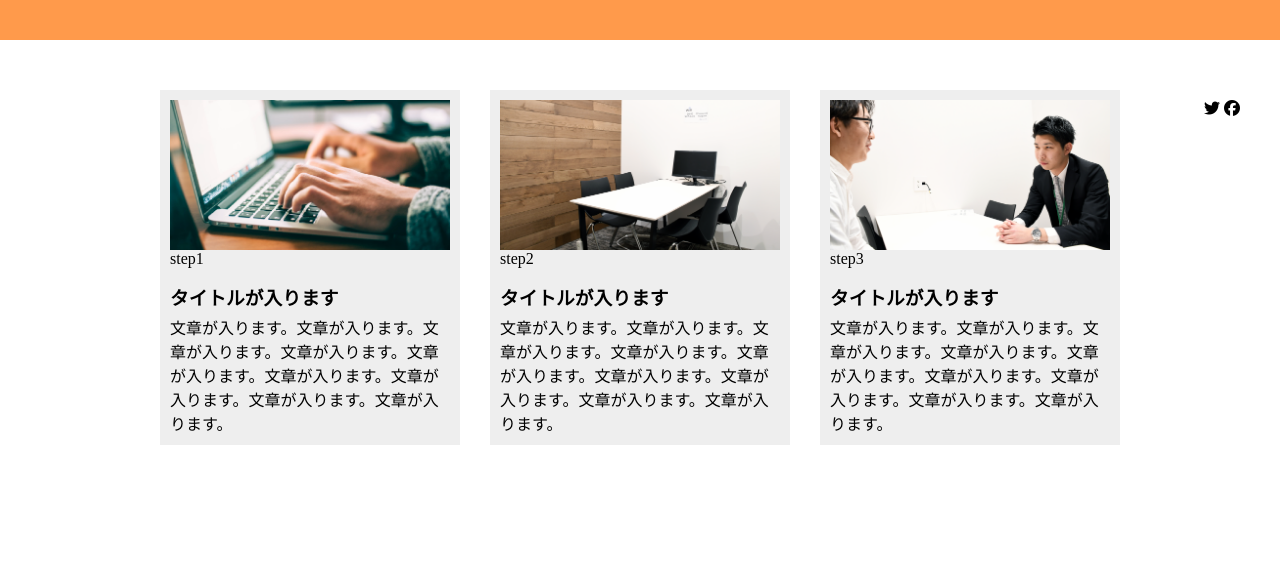
Repository: 825814/caravan2
Page: chapter9/index.html
The author's editor kept a record of every edit. The page is drawn from the files as they stood at one moment, then again after the next edit.
The browser window is 1280 px wide. The pictures show the whole page.
Some web libraries are served in a nearby version.

Above is the page before.

After the next edit:
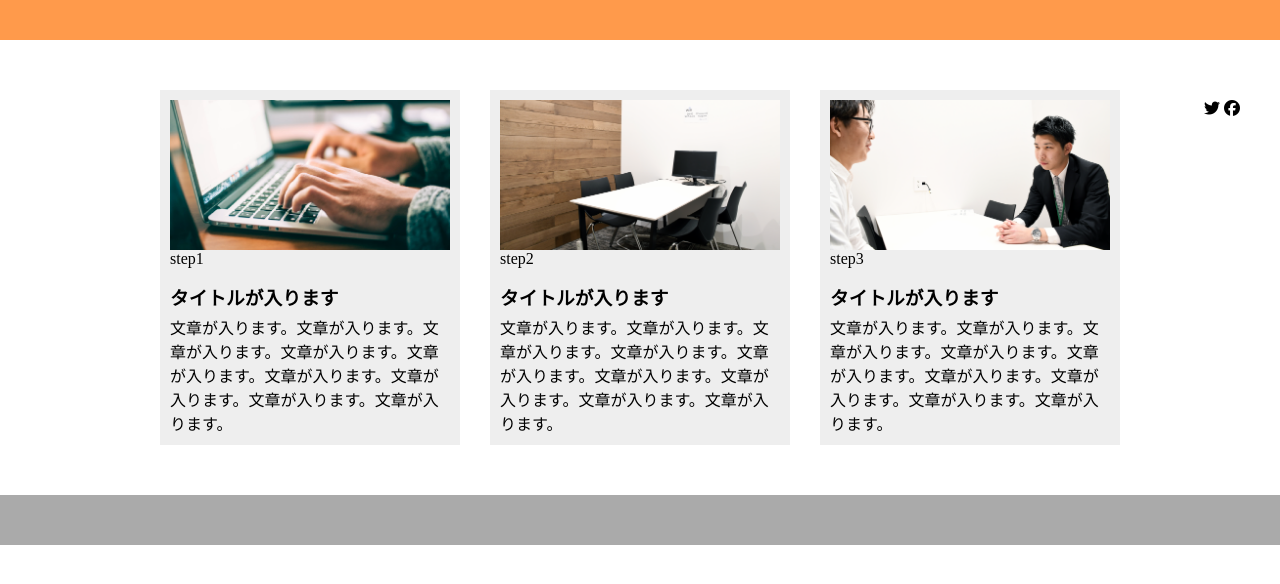
The edit:
--- a/chapter9/style.css
+++ b/chapter9/style.css
@@ -70,5 +70,6 @@
   margin: 15px 0 5px;
 }
 footer {
-
+  height: 50px;
+  background-color: #aaa;
 }
